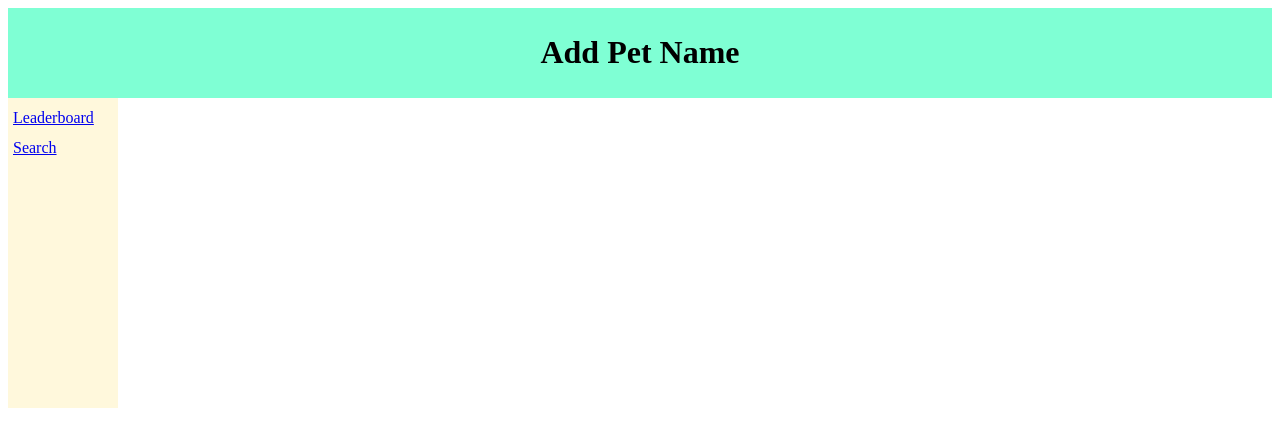
Repository: mutterbucket/TriplettTermProject4830
Page: workspaceCSCI4830-tech-excercise-Triplett/techExcerciseTriplett/WebContent/add_name.html
The author's editor kept a copy of each file at every save. The page is drawn from the files as they stood at one save, then again after the next save.
The browser window is 1280 px wide. The pictures show the whole page.

Above is the page before, as saved 2020-02-21 22:58:32.

### workspaceCSCI4830-tech-excercise-Triplett/techExcerciseTriplett/WebContent/add_name.html
<!DOCTYPE html>
<html>
<head>
<meta charset="ISO-8859-1">
<style type="text/css">
header {
    background-color:aquamarine;
    color: black;
    text-align: center;
    padding: 5px;
}
nav {
    line-height:30px;
    background-color:cornsilk;
    height:300px;
    width:100px;
    float:left;
    padding:5px;
}
section {
    width:350px;
    float:left;
    padding:10px;
}
footer {
    background-color:19FFBD;
    color:black;
    clear:both;
    text-align:center;
    padding:5px;
}
</style>
</head>
<body>
<header>
<h1>Add Pet Name</h1>
</header>

<nav>
<a href="/techExcerciseTriplett/leaderboard.html">Leaderboard</a> <br>
<a href="/techExcerciseTriplett/home_search.html">Search</a> <br>
</nav>

</body>
</html>

After the next save:
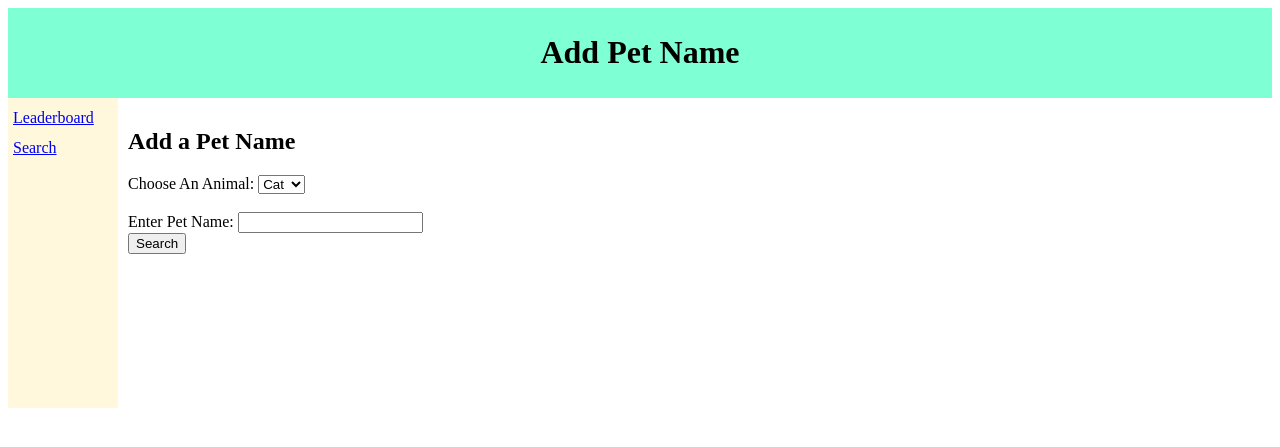
Saved 2 min 22 s later.
--- a/workspaceCSCI4830-tech-excercise-Triplett/techExcerciseTriplett/WebContent/add_name.html
+++ b/workspaceCSCI4830-tech-excercise-Triplett/techExcerciseTriplett/WebContent/add_name.html
@@ -41,5 +41,23 @@ footer {
 <a href="/techExcerciseTriplett/home_search.html">Search</a> <br>
 </nav>
 
+<section>
+	<h1>Add a Pet Name</h1>
+
+	<form action="SearchNames" method="POST">
+		<label for="pets">Choose An Animal: </label>
+		<select id="pets">
+  			<option value="cat">Cat</option>
+  			<option value="dog">Dog</option>
+  			<option value="bird">Bird</option>
+		</select>
+    	<br><br>
+		Enter Pet Name: <input type="text" name="keyword"> <br />
+
+		<input type="submit" value="Search" />
+	</form>
+
+</section>
+
 </body>
 </html>
